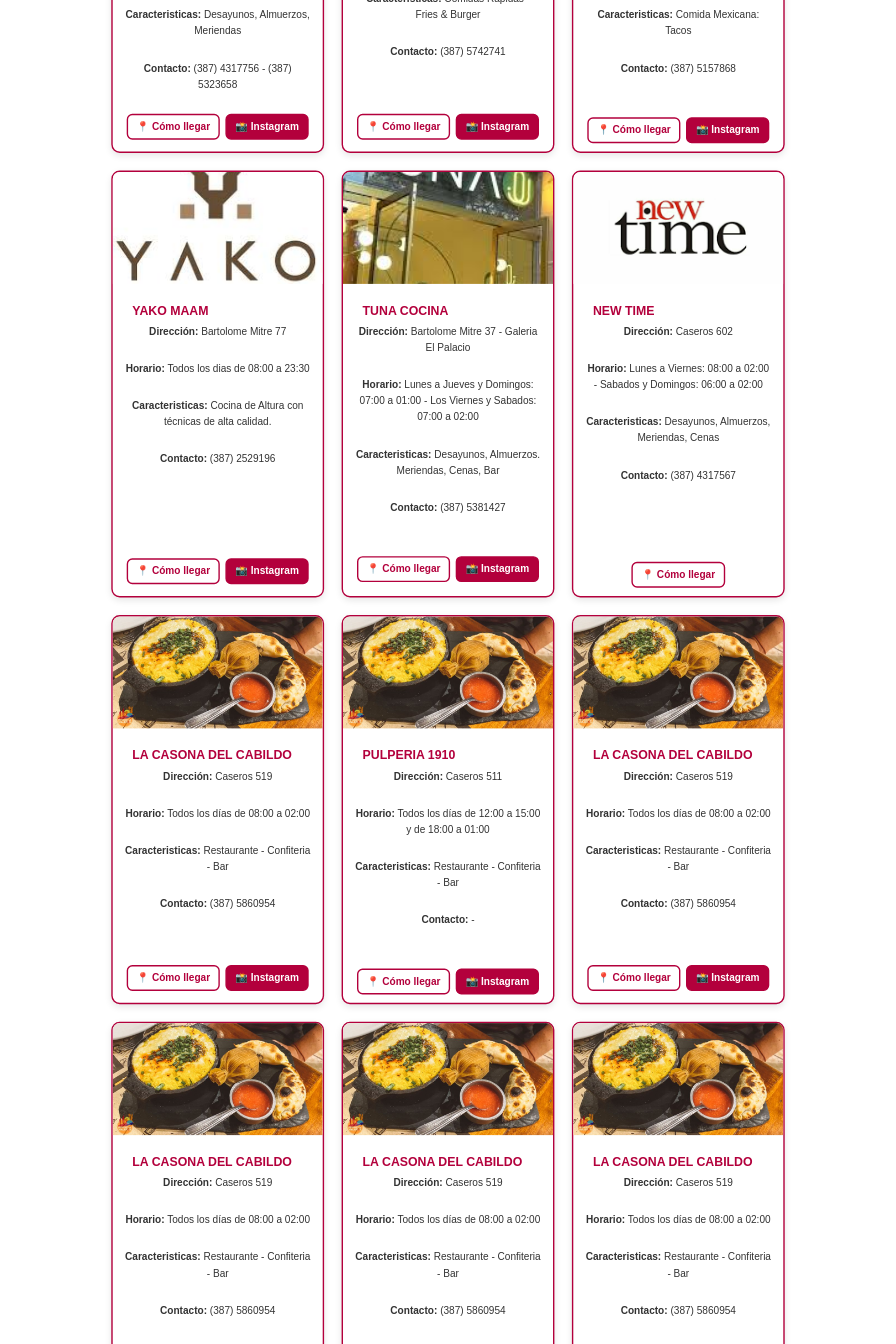
Repository: nahir95/come-en-salta
Page: restaurantes.html
An editor plug-in stored every save of this project. The page is shown before and after the next save, followed by the edit.
The browser window is 1280 px wide. The pictures show the part of the page from y = 891 to 2811 px (the page is 6195 px tall), at 70% of full size.

Above is the page before, as saved 2025-11-12 02:42:06.

After the next save:
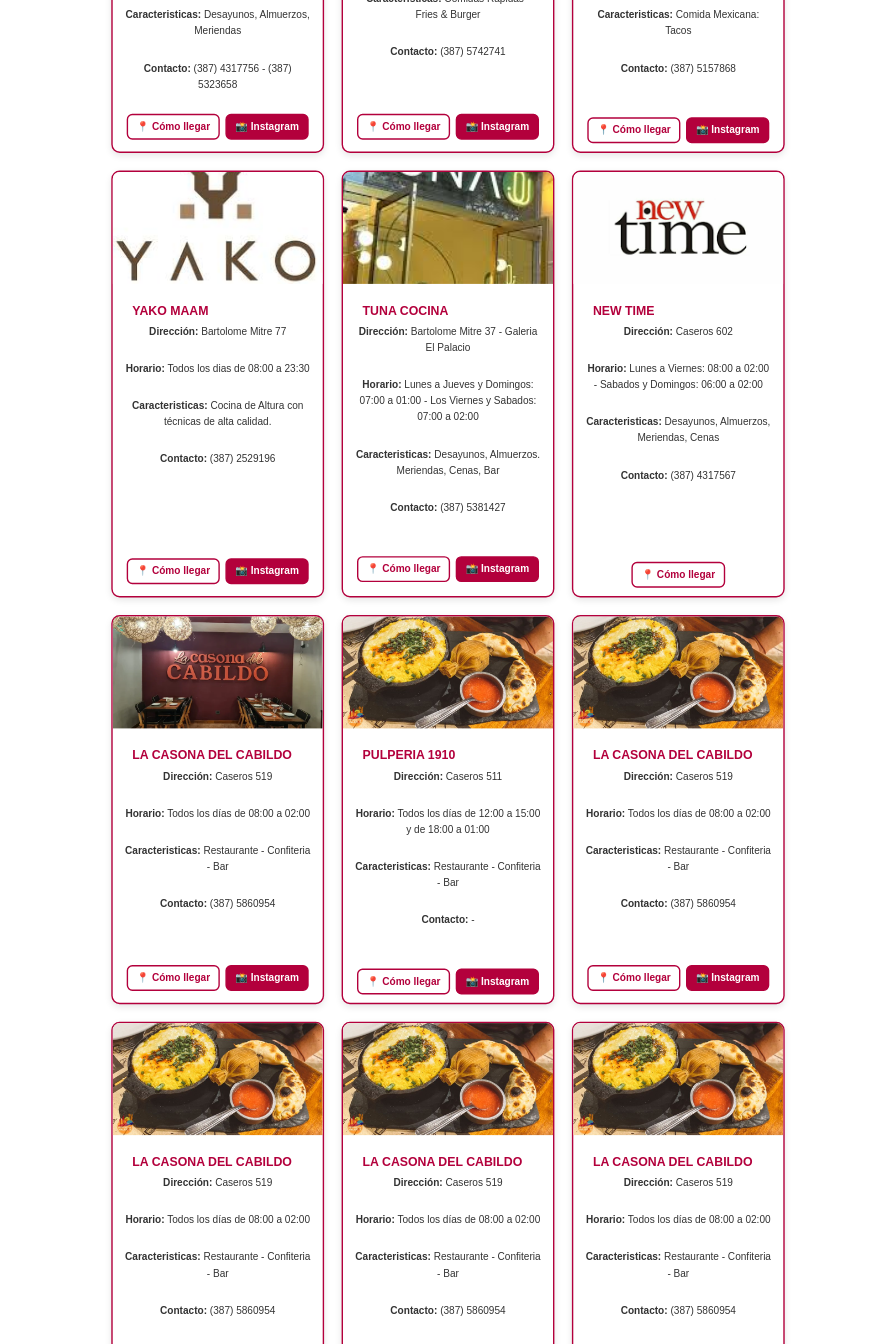
Saved 2 min 21 s later.
--- a/restaurantes.html
+++ b/restaurantes.html
@@ -128,7 +128,7 @@
 
       <!-- Restaurante 7 -->
      <article class="card restaurante">
-      <img src="imagenes/carrusel-1.jpg" alt="La Casona del Cabildo">
+      <img src="imagenes/la-casona.webp" alt="La Casona del Cabildo">
       <div class="card-content">
         <h3>LA CASONA DEL CABILDO</h3>
         <p><strong>Dirección:</strong> Caseros 519</p>
